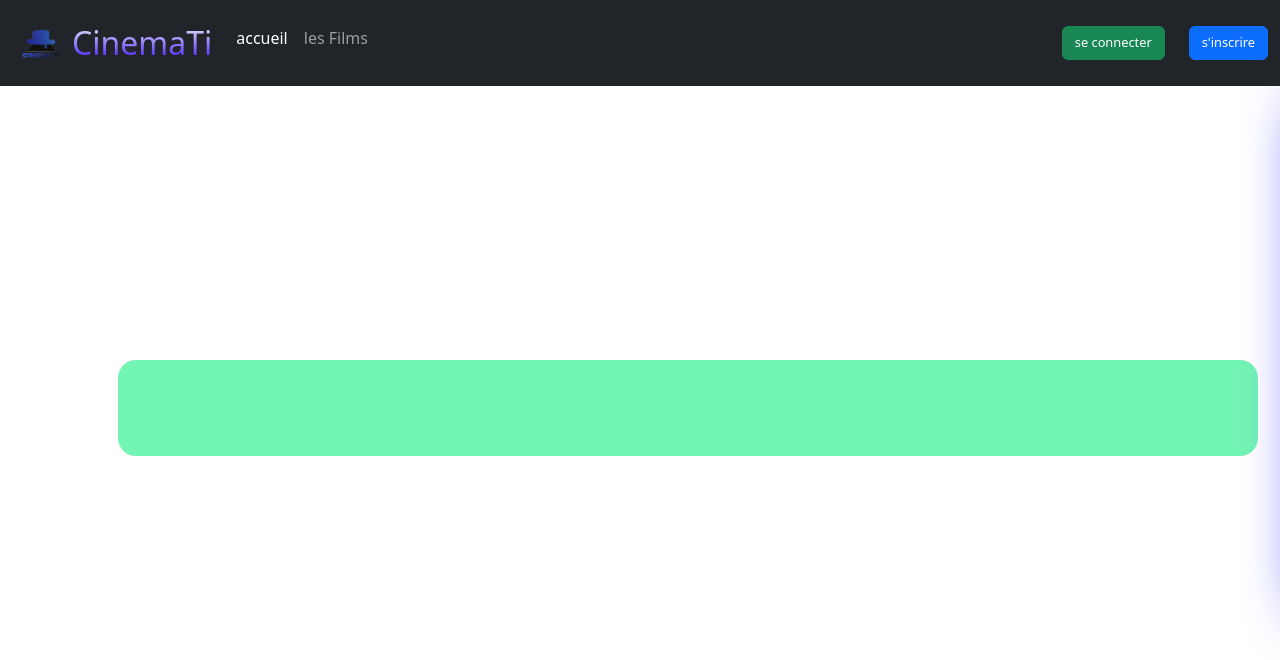
Repository: ahmed-rabah/cinemaMiniProject
Page: http://localhost/finaliserCommande.php
An editor plug-in stored every save of this project. The page is shown before and after the next save, followed by the edit.
The browser window is 1280 px wide. The pictures show the whole page.
The page is run by PHP 8.4 with error messages shown; the project is at /var/www/html/.

Above is the page before, as saved 2023-01-12 20:42:05.
Console error: TypeError: Cannot read properties of null (reading 'addEventListener')

After the next save:
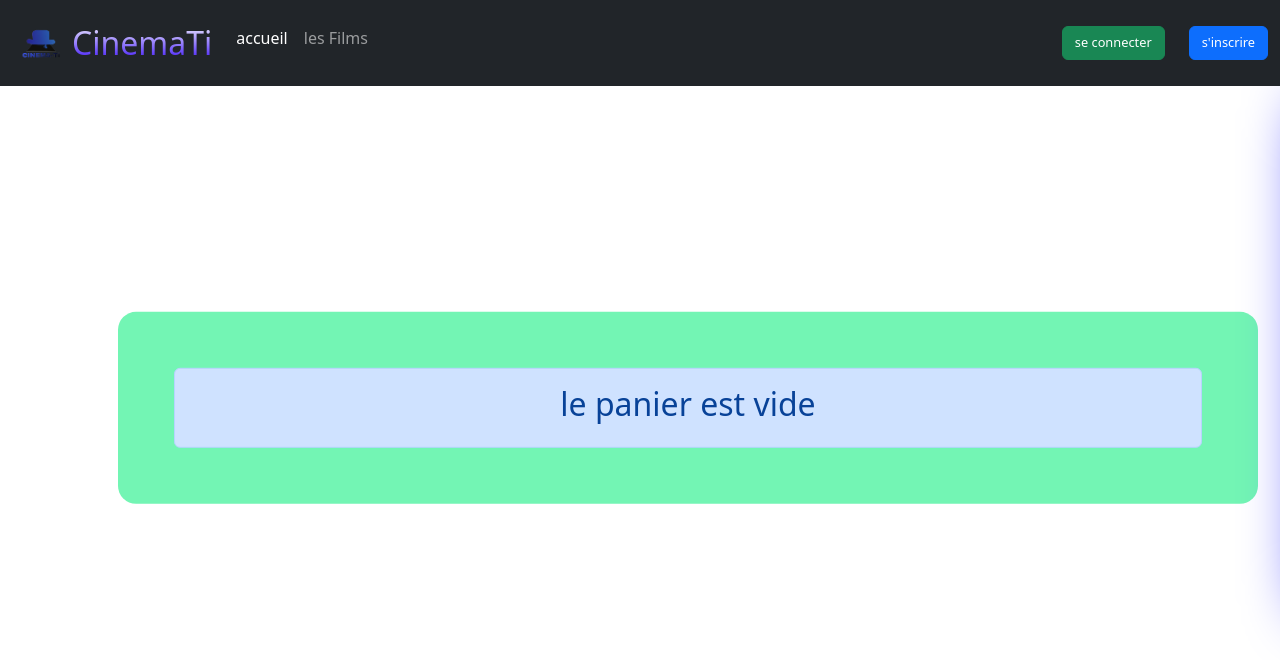
Saved 3 min 31 s later.
--- a/finaliserCommande.php
+++ b/finaliserCommande.php
@@ -46,7 +46,11 @@
                 <div class="form-group pt-5"><button type="submit" class="btn btn-success text-white"><strong>acheter</strong></button></div>
             </div>
         </form>
-    <?php } ?>
+    <?php }else{
+        echo '<div class="alert alert-primary m-2 text-center" role="alert">
+        <h2>le panier est vide</h2>
+    </div>';
+    } ?>
     </main>
 
     <div class="absoluteCart m-2 p-1"></div>
